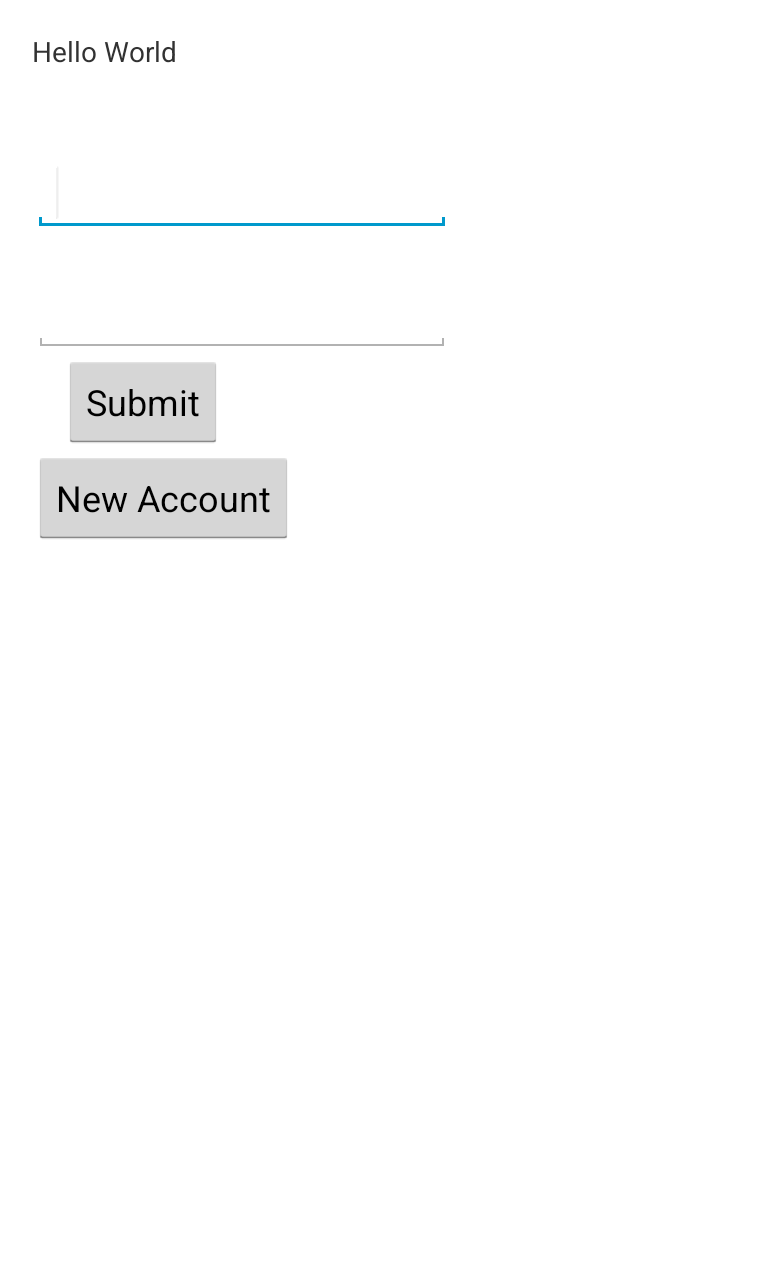
Repository: sbobra/women-startupweekend-sf
Layout: LaundryList/res/layout/activity_login.xml
These files come from the project's save history. The layout is drawn as it stood at one moment and after the next save; the edit follows.
It is drawn on a 768 x 1280 px phone screen (xhdpi) without system bars, with theme AppTheme; the app's code is not run.

Above is the layout before, as saved 2013-09-15 01:13:50.

After the next save:
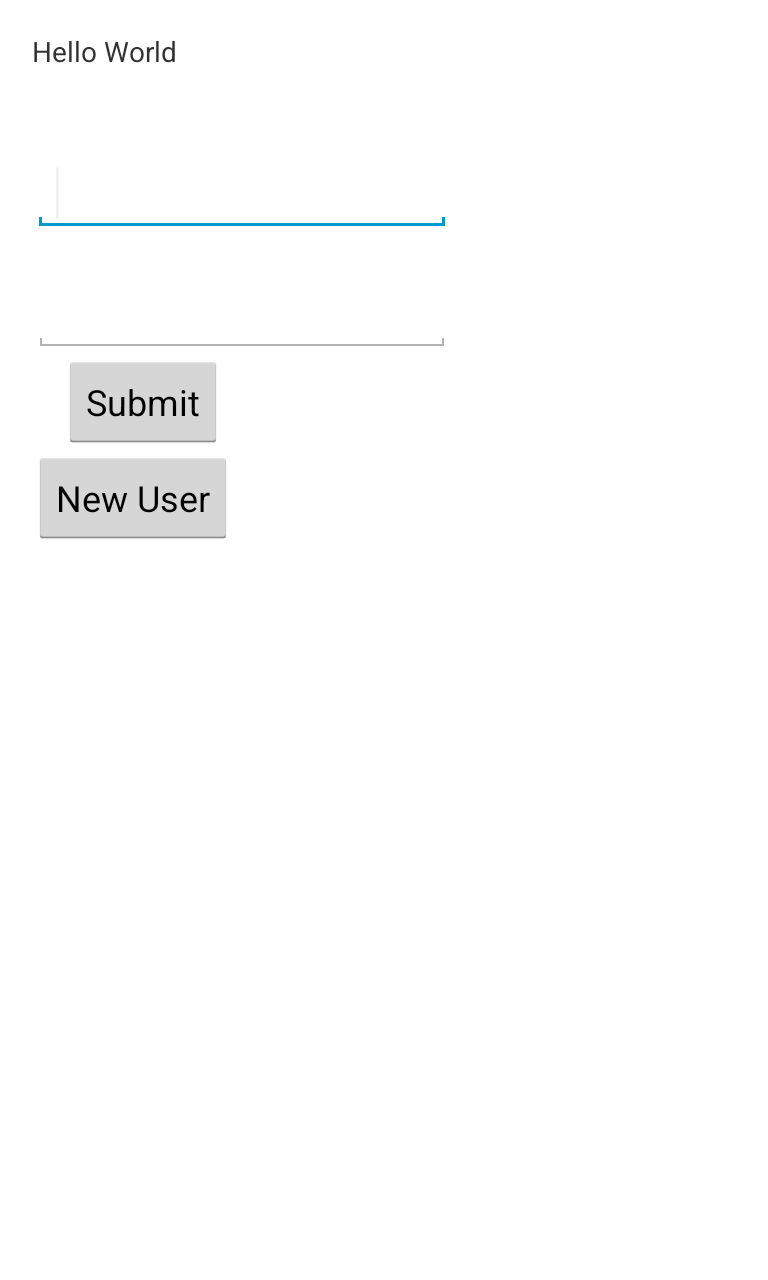
Saved 4 s later.
--- a/LaundryList/res/layout/activity_login.xml
+++ b/LaundryList/res/layout/activity_login.xml
@@ -45,6 +45,6 @@
         android:id="@+id/newAcctButton"
         android:layout_width="wrap_content"
         android:layout_height="wrap_content"
-        android:text="New Account" />
+        android:text="New User" />
 
 </LinearLayout>
